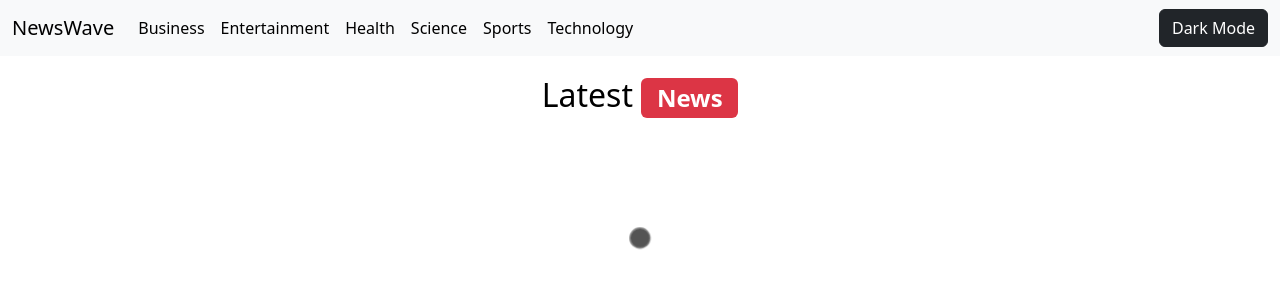
Repository: PranjalTripathi2003/news-wave
Page: /
An editor plug-in stored every save of this project. The page is shown before and after the next save, followed by the edit.
The browser window is 1280 px wide. The pictures show the whole page.
The page's requests for data from a server got no answer. The project was rebuilt for these pictures with package versions that can differ from the ones it lists, and the page was loaded fresh each time. No one was signed in, and anything a server would have sent is missing. Also part of the build but not shown: vite.config.js, src/styles/NewsItem.css, src/components/NewsItem.jsx.

Above is the page before, as saved 2024-07-26 20:51:18.

### index.html
<!DOCTYPE html>
<html lang="en">
  <head>
    <meta charset="UTF-8" />
    <meta name="viewport" content="width=device-width, initial-scale=1.0" />
    <title>NewsWave</title>
    <link
      href="https://cdn.jsdelivr.net/npm/bootstrap@5.3.3/dist/css/bootstrap.min.css"
      rel="stylesheet"
      integrity="sha384-QWTKZyjpPEjISv5WaRU9OFeRpok6YctnYmDr5pNlyT2bRjXh0JMhjY6hW+ALEwIH"
      crossorigin="anonymous"
    />
    <link rel="icon" href="data:[embedded picture, 141 characters]">
  </head>
  <body>
    <div id="root"></div>
    <script type="module" src="/src/main.jsx"></script>
    <script
      src="https://cdn.jsdelivr.net/npm/bootstrap@5.3.3/dist/js/bootstrap.bundle.min.js"
      integrity="sha384-YvpcrYf0tY3lHB60NNkmXc5s9fDVZLESaAA55NDzOxhy9GkcIdslK1eN7N6jIeHz"
      crossorigin="anonymous"
    ></script>
  </body>
</html>

### src/App.jsx
import React, { useState, useEffect } from "react";
import Navbar from "./components/Navbar";
import NewsBoard from "./components/NewsBoard";
import "./styles/DarkMode.css";

const App = () => {
  const [category, setCategory] = useState("general");
  const [darkMode, setDarkMode] = useState(false);

  const toggleDarkMode = () => {
    setDarkMode(!darkMode);
  };

  useEffect(() => {
    document.body.className = darkMode ? "dark-mode" : "light-mode";
  }, [darkMode]);

  return (
    <>
      <Navbar
        setCategory={setCategory}
        darkMode={darkMode}
        toggleDarkMode={toggleDarkMode}
      />
      <NewsBoard category={category} darkMode={darkMode} />
    </>
  );
};

export default App;

### src/components/Navbar.jsx
import React from "react";
import "../styles/Navbar.css"; // Adjust the path as necessary

const Navbar = ({ setCategory, toggleDarkMode, darkMode }) => {
  return (
    <nav
      className={`navbar navbar-expand-lg ${
        darkMode ? "navbar-dark bg-dark" : "navbar-light bg-light"
      }`}
    >
      <div className="container-fluid">
        <a
          className={`navbar-brand ${darkMode ? "text-light" : "text-dark"}`}
          onClick={() => setCategory("general")}
        >
          NewsWave
        </a>
        <button
          className="navbar-toggler"
          type="button"
          data-bs-toggle="collapse"
          data-bs-target="#navbarNav"
          aria-controls="navbarNav"
          aria-expanded="false"
          aria-label="Toggle navigation"
        >
          <span className="navbar-toggler-icon"></span>
        </button>
        <div className="collapse navbar-collapse" id="navbarNav">
          <ul className="navbar-nav me-auto mb-2 mb-lg-0">
            <li className="nav-item">
              <a
                className={`nav-link ${darkMode ? "text-light" : "text-dark"}`}
                onClick={() => setCategory("business")}
              >
                Business
              </a>
            </li>
            <li className="nav-item">
              <a
                className={`nav-link ${darkMode ? "text-light" : "text-dark"}`}
                onClick={() => setCategory("entertainment")}
              >
                Entertainment
              </a>
            </li>
            <li className="nav-item">
              <a
                className={`nav-link ${darkMode ? "text-light" : "text-dark"}`}
                onClick={() => setCategory("health")}
              >
                Health
              </a>
            </li>
            <li className="nav-item">
              <a
                className={`nav-link ${darkMode ? "text-light" : "text-dark"}`}
                onClick={() => setCategory("science")}
              >
                Science
              </a>
            </li>
            <li className="nav-item">
              <a
                className={`nav-link ${darkMode ? "text-light" : "text-dark"}`}
                onClick={() => setCategory("sports")}
              >
                Sports
              </a>
            </li>
            <li className="nav-item">
              <a
                className={`nav-link ${darkMode ? "text-light" : "text-dark"}`}
                onClick={() => setCategory("technology")}
              >
                Technology
              </a>
            </li>
          </ul>
          <div className="d-flex align-items-center">
            <button
              className={`btn ${darkMode ? "btn-light" : "btn-dark"}`}
              onClick={toggleDarkMode}
            >
              {darkMode ? "Light Mode" : "Dark Mode"}
            </button>
          </div>
        </div>
      </div>
    </nav>
  );
};

export default Navbar;

### src/components/NewsBoard.jsx
import React, { useEffect, useState } from "react";
import NewsItem from "./NewsItem";
import Spinner from "./Spinner";
import "../styles/NewsBoard.css";

const NewsBoard = ({ category, darkMode }) => {
  const [articles, setArticles] = useState([]);
  const [loading, setLoading] = useState(true);

  useEffect(() => {
    setLoading(true);
    let url = `https://newsapi.org/v2/top-headlines?country=in&category=${category}&apiKey=${
      import.meta.env.VITE_API_KEY
    }`;
    fetch(url).then((response) => {
      response.json().then((data) => {
        setArticles(data.articles);
        setLoading(false);
      });
    });
  }, [category]);

  return (
    <div className={darkMode ? "dark-mode" : "light-mode"}>
      <h2 className="text-center header-margin">
        Latest <span className="badge bg-danger">News</span>
      </h2>
      {loading ? (
        <Spinner />
      ) : (
        articles.map((news, index) => {
          return (
            <NewsItem
              key={index}
              title={news.title}
              description={news.description}
              src={news.urlToImage}
              url={news.url}
              darkMode={darkMode} // Pass dark mode state
            />
          );
        })
      )}
    </div>
  );
};

export default NewsBoard;

### src/styles/DarkMode.css
/* DarkMode.css */
body.dark-mode {
  background-color: #2E2E2E; /* Graying dark background */
  color: #ffffff;
}

body.light-mode {
  background-color: #ffffff;
  color: #000000;
}

.navbar-dark {
  background-color: #343a40 !important;
}

.navbar-light {
  background-color: #f8f9fa !important;
}

.bg-dark {
  background-color: #343a40 !important;
}

.text-light {
  color: #ffffff !important;
}

### src/styles/Navbar.css
/* Navbar.css */
.nav-link,
.container-fluid {
  cursor: pointer;
}
.text-light {
  color: #ffffff !important;
}

.text-dark {
  color: #000000 !important;
}

### src/components/Spinner.jsx
import React from "react";
import "../styles/Spinner.css";

const Spinner = () => {
  return (
    <div className="spinner">
      <div className="double-bounce1"></div>
      <div className="double-bounce2"></div>
    </div>
  );
};

export default Spinner;

### src/styles/NewsBoard.css
.news-board {
  display: flex;
  flex-wrap: wrap;
  justify-content: center;
}
.header-margin {
  margin-top: 20px; /* Adjust the value as needed */
}

### src/styles/Spinner.css
/* Spinner.css */
.spinner {
  width: 40px;
  height: 40px;
  position: relative;
  margin: 100px auto;
}

.double-bounce1,
.double-bounce2 {
  width: 100%;
  height: 100%;
  border-radius: 50%;
  background-color: #333;
  opacity: 0.6;
  position: absolute;
  top: 0;
  left: 0;
  animation: sk-bounce 2.0s infinite ease-in-out;
}

.double-bounce2 {
  animation-delay: -1.0s;
}

@keyframes sk-bounce {
  0%,
  100% {
    transform: scale(0);
  }
  50% {
    transform: scale(1);
  }
}

/* Dark mode styles */
body.dark-mode .spinner .double-bounce1,
body.dark-mode .spinner .double-bounce2 {
  background-color: #ffffff; /* White color for dark mode */
}

Loaded but not shown: src/main.jsx (common file)

After the next save:
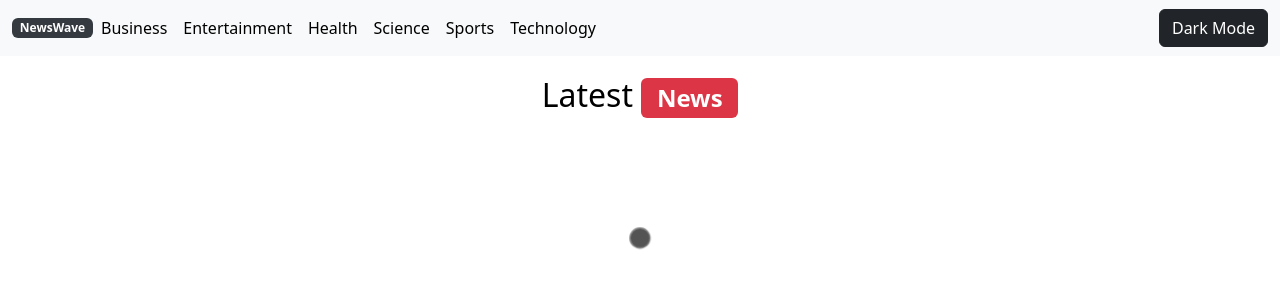
Saved 85 s later.
--- a/src/components/Navbar.jsx
+++ b/src/components/Navbar.jsx
@@ -9,12 +9,15 @@ const Navbar = ({ setCategory, toggleDarkMode, darkMode }) => {
       }`}
     >
       <div className="container-fluid">
-        <a
-          className={`navbar-brand ${darkMode ? "text-light" : "text-dark"}`}
+        <span
+          className={`badge ${
+            darkMode ? "bg-light text-dark" : "bg-dark text-light"
+          }`}
           onClick={() => setCategory("general")}
+          style={{ cursor: "pointer" }}
         >
           NewsWave
-        </a>
+        </span>
         <button
           className="navbar-toggler"
           type="button"
